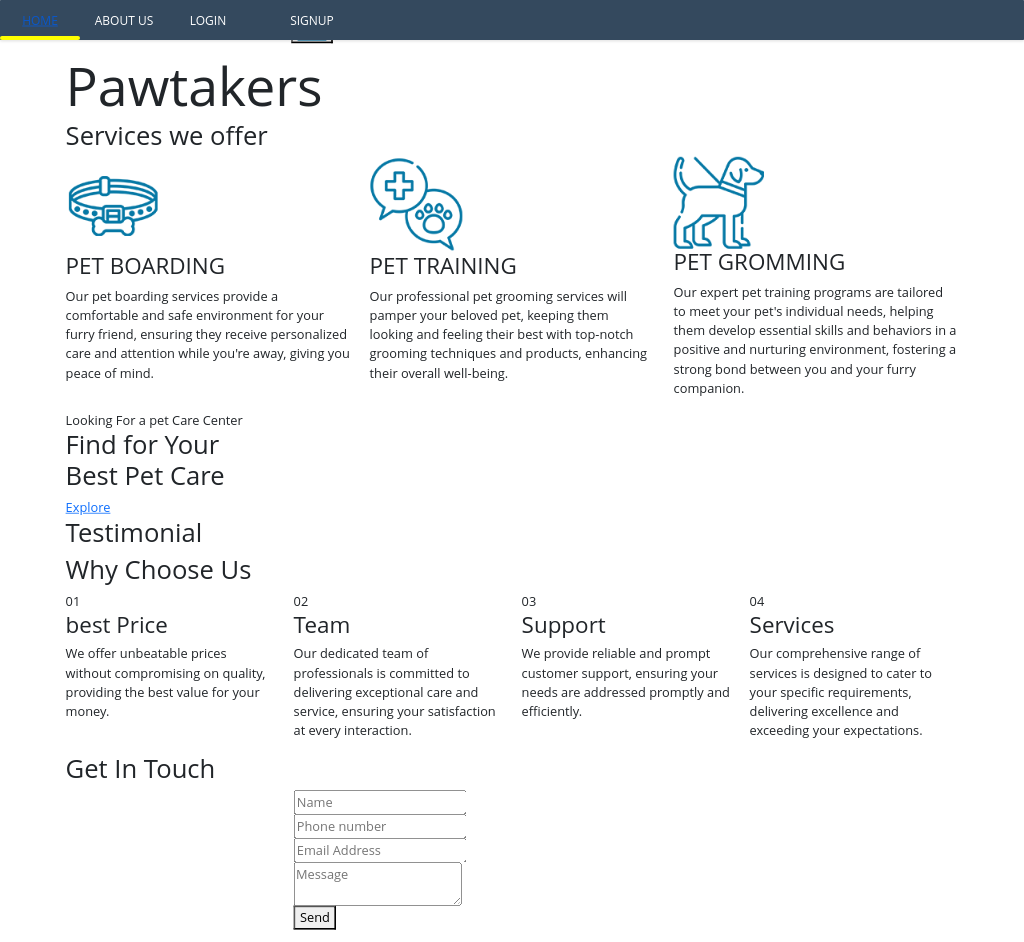
Repository: Chitti-g-k/Paw-Takers
Page: templates/index.html
The author's editor kept a copy of each file at every save. The page is drawn from the files as they stood at one save, then again after the next save.
The browser window is 1280 px wide. The pictures show the whole page, at 80% of full size.
The template is drawn by Django 4.2. The application's start-up code is not run. The template is opened directly, without the code that normally fills it, so the values that code supplies are empty.

Above is the page before, as saved 2023-07-16 13:33:17.

After the next save:
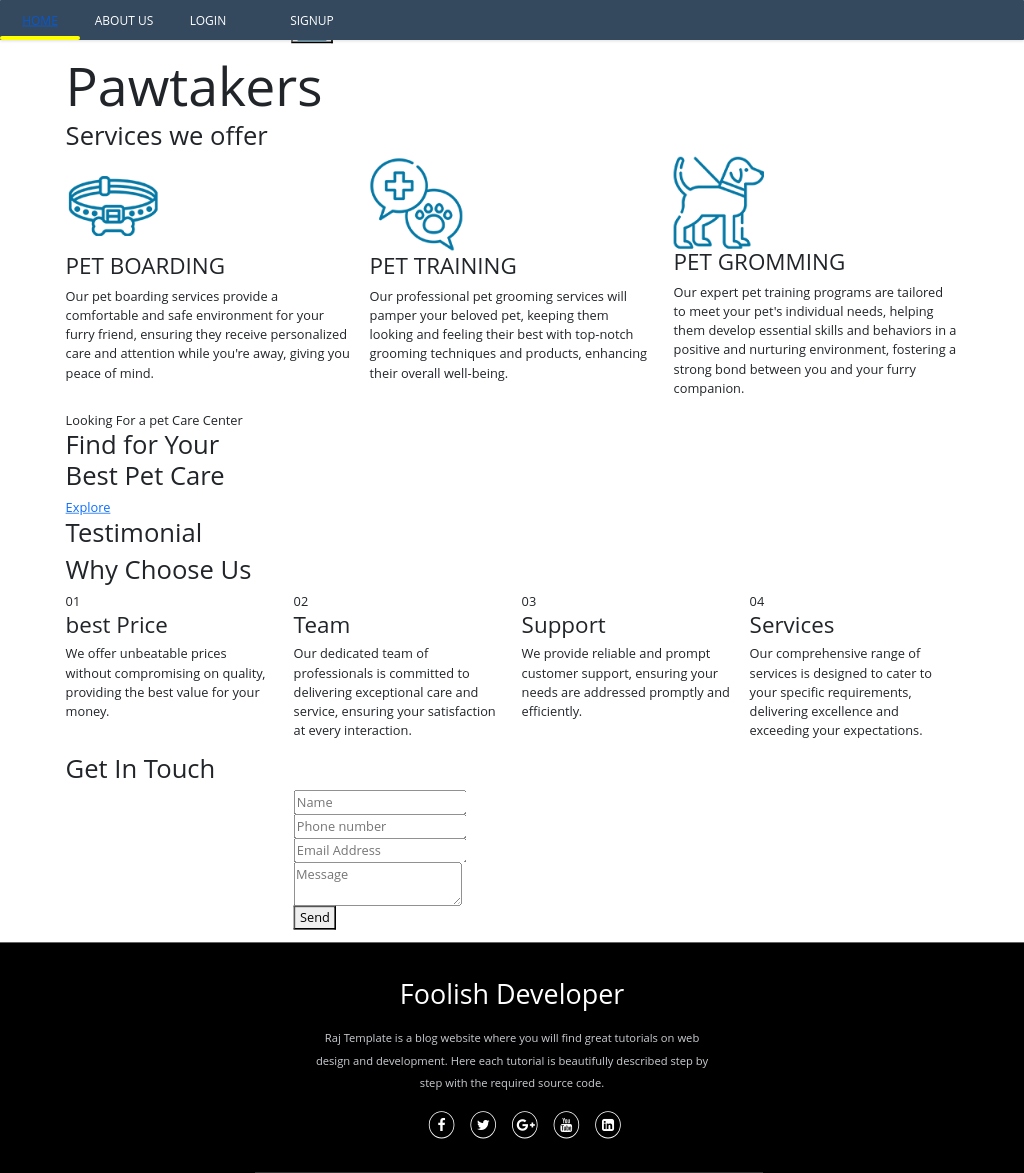
Saved 2 min 8 s later.
--- a/templates/index.html
+++ b/templates/index.html
@@ -98,6 +98,117 @@
             width: 160px;
             left: 310px;
         }
+        footer{
+
+            background: black;
+            height: auto;
+            width: 100vw;
+
+            padding-top: 40px;
+            color: #fff;
+        }
+        .footer-content{
+            display: flex;
+            align-items: center;
+            justify-content: center;
+            flex-direction: column;
+            text-align: center;
+        }
+        .footer-content h3{
+            font-size: 2.1rem;
+            font-weight: 500;
+            text-transform: capitalize;
+            line-height: 3rem;
+        }
+        .footer-content p{
+            max-width: 500px;
+            margin: 10px auto;
+            line-height: 28px;
+            font-size: 14px;
+            color: #cacdd2;
+        }
+        .socials{
+            list-style: none;
+            display: flex;
+            align-items: center;
+            justify-content: center;
+            margin: 1rem 0 3rem 0;
+        }
+        .socials li{
+            margin: 0 10px;
+        }
+        .socials a{
+            text-decoration: none;
+            color: #fff;
+            border: 1.1px solid white;
+            padding: 5px;
+
+            border-radius: 50%;
+
+        }
+        .socials a i{
+            font-size: 1.1rem;
+            width: 20px;
+
+
+            transition: color .4s ease;
+
+        }
+        .socials a:hover i{
+            color: aqua;
+        }
+
+        .footer-bottom{
+            background: #000;
+            width: 100vw;
+            padding: 20px;
+        padding-bottom: 40px;
+            text-align: center;
+        }
+        .footer-bottom p{
+        float: left;
+            font-size: 14px;
+            word-spacing: 2px;
+            text-transform: capitalize;
+        }
+        .footer-bottom p a{
+          color:#44bae8;
+          font-size: 16px;
+          text-decoration: none;
+        }
+        .footer-bottom span{
+            text-transform: uppercase;
+            opacity: .4;
+            font-weight: 200;
+        }
+        .footer-menu{
+          float: right;
+
+        }
+        .footer-menu ul{
+          display: flex;
+        }
+        .footer-menu ul li{
+        padding-right: 10px;
+        display: block;
+        }
+        .footer-menu ul li a{
+          color: #cfd2d6;
+          text-decoration: none;
+        }
+        .footer-menu ul li a:hover{
+          color: #27bcda;
+        }
+
+        @media (max-width:500px) {
+        .footer-menu ul{
+          display: flex;
+          margin-top: 10px;
+          margin-bottom: 20px;
+        }
+
+        }
+
     </style>
    </head>
    <!-- body -->
@@ -393,7 +504,20 @@
 
       <!-- contact -->
       <!-- footer -->
-
+      <section>
+        <footer>
+          <div class="footer-content">
+              <h3>Foolish Developer</h3>
+              <p>Raj Template is a blog website where you will find great tutorials on web design and development. Here each tutorial is beautifully described step by step with the required source code.</p>
+              <ul class="socials">
+                  <li><a href="#"><i class="fa fa-facebook"></i></a></li>
+                  <li><a href="#"><i class="fa fa-twitter"></i></a></li>
+                  <li><a href="#"><i class="fa fa-google-plus"></i></a></li>
+                  <li><a href="#"><i class="fa fa-youtube"></i></a></li>
+                  <li><a href="#"><i class="fa fa-linkedin-square"></i></a></li>
+              </ul>
+          </div>
+      </footer>
       <!-- end footer -->
       <!-- Javascript files-->
       <script src="https://cdn.jsdelivr.net/npm/bootstrap@5.0.2/dist/js/bootstrap.bundle.min.js" integrity="sha384-MrcW6ZMFYlzcLA8Nl+NtUVF0sA7MsXsP1UyJoMp4YLEuNSfAP+JcXn/tWtIaxVXM" crossorigin="anonymous"></script>
